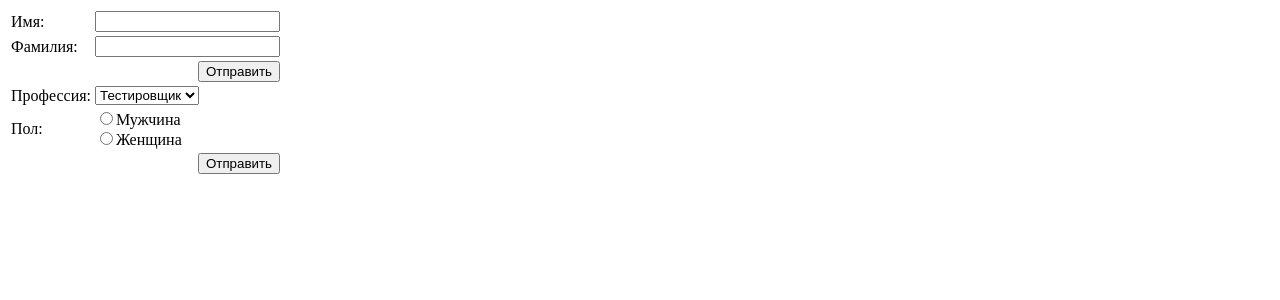
Repository: Marat1988/ExampleProgrammingLanguage
Page: Java/JavaEE/WebApp/src/main/webapp/NewFile.html
These files come from the project's save history. The page is drawn as it stood at one moment and after the next save; the edit follows.
The browser window is 1280 px wide. The pictures show the whole page.

Above is the page before, as saved 2023-08-16 11:53:18.

### Java/JavaEE/WebApp/src/main/webapp/NewFile.html
<!DOCTYPE html>
<html>
<head>
<meta charset="UTF-8">
<title>Form params in JSP</title>
</head>
<body>
	<form method="GET" action="MyServlet">
		<table>
			<tr>
				<td>Имя:</td>
				<td><input type="text" name="firstName"></td>
			</tr>
			<tr>
				<td>Фамилия:</td>
				<td><input type="text" name="secondName"></td>
			</tr>
			<tr>
				<td align="right" colspan="2"><input type="submit" value="Отправить"></td>
			</tr>
			<tr>
				<td>Профессия:</td>
				<td>
					<select name="job">
						<option value="Developer">Разработчик</option>
						<option selected value="Tester">Тестировщик</option>
						<option value="Analyst">Аналитик</option>
					</select>

				</td>
			</tr>
			<tr>
				<td>Пол:</td>
				<td>
					<input type="radio" name="gender" value="М">Мужчина</input><br>
					<input type="radio" name="gender" value="Ж">Женщина</input>
				</td>
			</tr>
			<tr>
				<td align="right" colspan="2"><input type="submit" value="Отправить"></td>
			</tr>
		</table>
	</form>
</body>
</html>

After the next save:
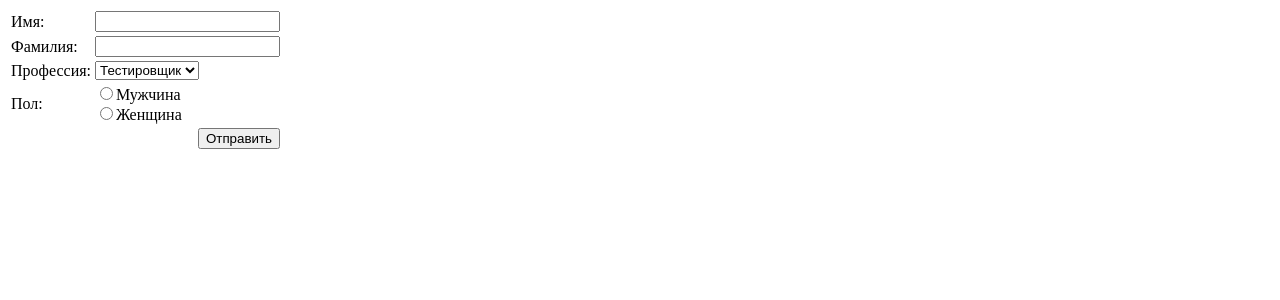
Saved 18 s later.
--- a/Java/JavaEE/WebApp/src/main/webapp/NewFile.html
+++ b/Java/JavaEE/WebApp/src/main/webapp/NewFile.html
@@ -14,9 +14,6 @@
 			<tr>
 				<td>Фамилия:</td>
 				<td><input type="text" name="secondName"></td>
-			</tr>
-			<tr>
-				<td align="right" colspan="2"><input type="submit" value="Отправить"></td>
 			</tr>
 			<tr>
 				<td>Профессия:</td>
